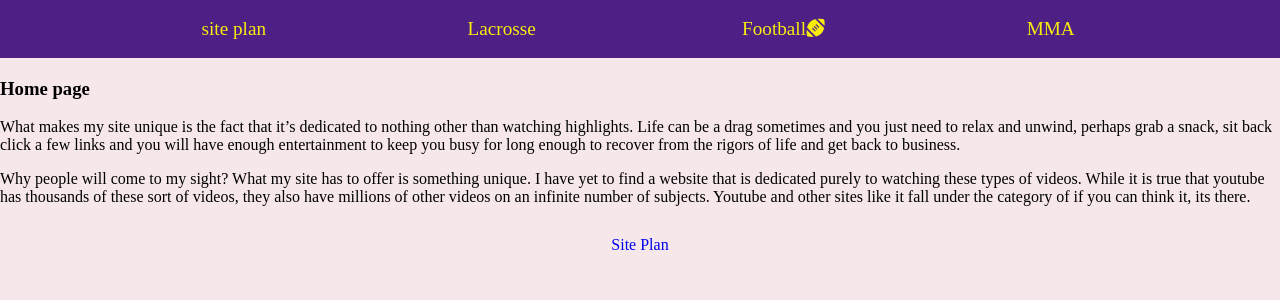
Repository: nak97/personal-site
Page: index.html
An editor plug-in stored every save of this project. The page is shown before and after the next save, followed by the edit.
The browser window is 1280 px wide. The pictures show the whole page.
Some icons come from a web library that is not loaded, so they are not drawn. Some web libraries are served in a nearby version.

Above is the page before, as saved 2023-03-19 05:54:26.

### index.html
<!DOCTYPE html>
<html lang="en">
<head>
  <meta charset="UTF-8">
  <meta http-equiv="X-UA-Compatible" content="IE=edge">
  <meta name="viewport" content="width=device-width, initial-scale=1.0">
  <link rel="stylesheet" href="personal-site.css">
  <script src="https://kit.fontawesome.com/615002bc5f.js" crossorigin="anonymous"></script>
  <title> Home</title>
</head>
<body>
  <nav>
    <a href="site-plan.html">site plan</a>
    <a href="lacrosse.html" target="_blank">Lacrosse <i class="fa-solid fa-lacrosse-stick-ball"></i></a>
    <a href="football.html" target="_blank">Football<i class="fa-solid fa-football"></i></a>
    <a href="mma.html" target="_blank">MMA  <i class="fa-solid fa-boxing-glove"></i></a>
  </nav>

<h3>Home page</h3>
      <p>
        What makes my site unique is the fact that it’s dedicated to nothing other than watching highlights.
        Life can be a drag sometimes and you just need to relax and unwind, perhaps grab a snack,
        sit back click a few links and you will have enough entertainment to keep you busy for long enough to recover from the rigors of life and get back to business.
      </p>
      <p>
        Why people will come to my sight?
        What my site has to offer is something unique. I have yet to find a website that is dedicated purely to watching these types of videos.
        While it is true that youtube has thousands of these sort of videos, they also have millions of other videos on an infinite number of subjects. Youtube and other sites
        like it fall under the category of if you can think it, its there.
      </p>


    <footer><a href="site-plan.html"> Site Plan</a></footer>
</body>
</html>

### personal-site.css

body{
  background-color: #F6E8EA;
  padding: 0 ;
  margin: 0;
}


  .container {display: grid;}

a{text-decoration: none;}

nav{
  display: flex;
  justify-content: space-evenly;
  margin-bottom: 20px;
  background-color: #4e2086;
  line-height: 3em;
  text-align: center;
  font-size: 1.2em;
}

nav a { color: #f8ec0d;}

nav a:hover {color: #F45B69;}

.lacrosse h3 p {text-align: center;}

.lacrosse p {padding: 0px 121px;}

.lacrosse { margin-top: 20px;}

.Laxvideos{
  margin-top: 20px;
  display: flex;
  justify-content: space-evenly;
  text-align: center;
  background-color: #F45B69;
  padding-top: 40px;
}

.rules{margin: 50px 0;}

.rules h3 p {text-align: center;}

.rules p {padding: 0px 121px;}

.LaxImages {
  background-image: #4e2086
}

.LaxImages p {color:#f8ec0d;
}

.images {
  display: flex;
  justify-content: space-between;
  padding-top: 54px;
}

.img1{margin-left: 105px;}

.img1 p{text-align: center; }

.img2{margin-left: 312px;}

.img2 p{
  text-align: center;
  margin-right: 70px;
}

.img-1{
  margin-left: 40px;
  width: 400px;
  height: 300px;}

.img-2{
  margin-left: 16px;
  width: 400px;
  height: 300px;
}

footer{
margin-top: 30px;
text-align: center;}

footer a:hover {
  color: #F45B69;
}

After the next save:
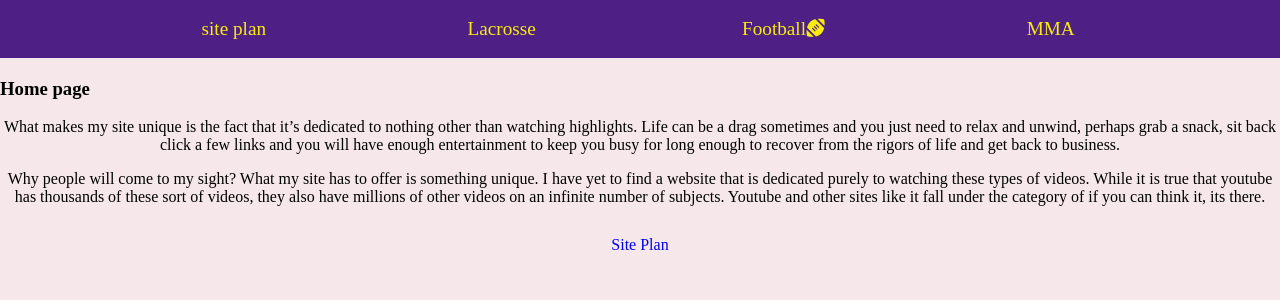
Saved 15 s later.
--- a/personal-site.css
+++ b/personal-site.css
@@ -24,7 +24,7 @@ nav a { color: #f8ec0d;}
 
 nav a:hover {color: #F45B69;}
 
-.lacrosse h3 p {text-align: center;}
+.lacrosse h3, p {text-align: center;}
 
 .lacrosse p {padding: 0px 121px;}
 
